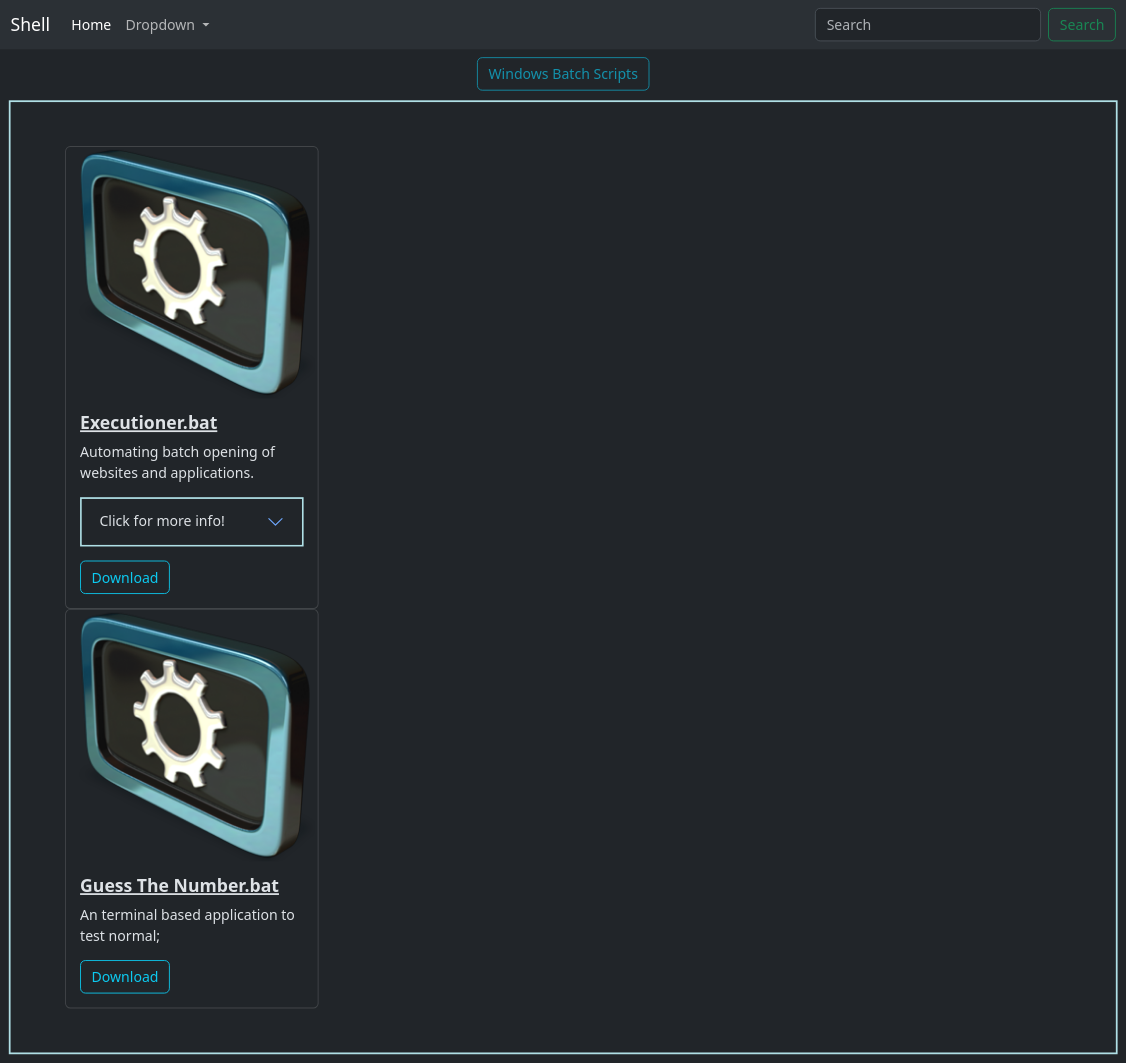
Repository: VictoriousMango/Archive
Page: index.html
The author's editor kept a copy of each file at every save. The page is drawn from the files as they stood at one save, then again after the next save.
The browser window is 1280 px wide. The pictures show the whole page, at 88% of full size.

Above is the page before, as saved 2024-10-05 19:51:37.

### index.html
<!doctype html>
<html lang="en">
    <head>
        <meta charset="utf-8">
        <meta name="viewport" content="width=device-width, initial-scale=1">
        <title>Bootstrap demo</title>
        <link href="https://cdn.jsdelivr.net/npm/bootstrap@5.3.3/dist/css/bootstrap.min.css" rel="stylesheet" integrity="sha384-QWTKZyjpPEjISv5WaRU9OFeRpok6YctnYmDr5pNlyT2bRjXh0JMhjY6hW+ALEwIH" crossorigin="anonymous">    </head>
    <body data-bs-theme="dark">
        <!-- NavBar -->
        <nav class="navbar navbar-expand-lg bg-body-tertiary ">
            <div class="container-fluid">
                <a href="#" class="navbar-brand" role="button" onclick="Toggling()">Shell</a>
              <button class="navbar-toggler" type="button" data-bs-toggle="collapse" data-bs-target="#navbarSupportedContent" aria-controls="navbarSupportedContent" aria-expanded="false" aria-label="Toggle navigation">
                <span class="navbar-toggler-icon"></span>
              </button>
                <div class="collapse navbar-collapse" id="navbarSupportedContent">
                    <ul class="navbar-nav me-auto mb-2 mb-lg-0">
                    <li class="nav-item">
                        <a class="nav-link active" href="https://victoriousmango.github.io/Portfolio/">Home</a>
                    </li>
                    <li class="nav-item dropdown">
                        <a class="nav-link dropdown-toggle" href="#" role="button" data-bs-toggle="dropdown" aria-expanded="false">
                        Dropdown
                        </a>
                        <ul class="dropdown-menu">
                        <li><a class="dropdown-item" href="#Batch">Windows Batch Scripts</a></li>
                        </ul>
                    </li>
                    </ul>
                    <form class="d-flex" role="search">
                        <input class="form-control me-2" type="search" placeholder="Search" aria-label="Search">
                        <button class="btn btn-outline-success" type="submit">Search</button>
                    </form>
                </div>
            </div>
        </nav>
        <!-- NavBar -->

        <!-- Windows Batch File -->
        <h1 style="text-align : center;" id="Batch"><button type="button" class="btn btn-outline-info" disabled>Windows Batch Scripts</button></h1>
        <div class="row" style="border: 2px solid powderblue; margin: 10px; padding: 50px;">
            <!-- First Card -->
            <div class="col">
                <div class="card" style="width: 18rem;">
                    <img src="Images\MS-DOS_Batch_File.png" class="card-img-top" alt="...">
                    <div class="card-body">
                        <h5 class="card-title"><b><u>Executioner.bat</u></b></h5>
                        <p class="card-text">
                            Automating batch opening of websites and applications.
                            <div class="accordion accordion-flush" id="accordionFlushExample">
                                <div class="accordion-item" style="border: 2px solid powderblue;">
                                  <h2 class="accordion-header">
                                    <button class="accordion-button collapsed" type="button" data-bs-toggle="collapse" data-bs-target="#flush-collapseOne" aria-expanded="false" aria-controls="flush-collapseOne">
                                      Click for more info!
                                    </button>
                                  </h2>
                                  <div id="flush-collapseOne" class="accordion-collapse collapse" data-bs-parent="#accordionFlushExample">
                                    <div class="accordion-body">
                                        <ul>
                                            <li>It will store different links in some sort of groups defined and structured by you.</li>
                                            <li>After creating groups, you can use this application to open multiple websites and applications in a batch simultaneously.</li>
                                            <li>This can be used as a productivity tool, for automating opening of few applications by entering just the name of group.</li>
                                        </ul>
                                    </div>
                                  </div>
                                </div>
                        </p>
                        <a href="Projects\Windows-Batch-file\Executioner.bat" class="btn btn-outline-info" download>Download</a>
                    </div>
                </div>
            </div>

            <!-- Second Card -->
            <div class="col">
                <div class="card" style="width: 18rem;">
                    <img src="Images\MS-DOS_Batch_File.png" class="card-img-top" alt="...">
                    <div class="card-body">
                        <h5 class="card-title"><b><u>Guess The Number.bat</u></b></h5>
                        <p class="card-text">
                            An terminal based application to test normal;
                        </p>
                        <a href="Projects\Windows-Batch-file\Guess The Number.bat" class="btn btn-outline-info" download>Download</a>
                    </div>
                </div>
            </div>
        </div>
        <!-- Windows Batch File -->

        <!-- Including JS -->
        <script src="https://cdn.jsdelivr.net/npm/bootstrap@5.3.3/dist/js/bootstrap.bundle.min.js" integrity="sha384-YvpcrYf0tY3lHB60NNkmXc5s9fDVZLESaAA55NDzOxhy9GkcIdslK1eN7N6jIeHz" crossorigin="anonymous"></script>
        <!-- JS for the web page -->
        <script>
            function Toggling() {
                console.log("Clicked the toggle button")
                console.log()
                var element = document.body;
                element.dataset.bsTheme = element.dataset.bsTheme=="light"?"dark":"light"
            }
        </script>
    </body>
</html>

After the next save:
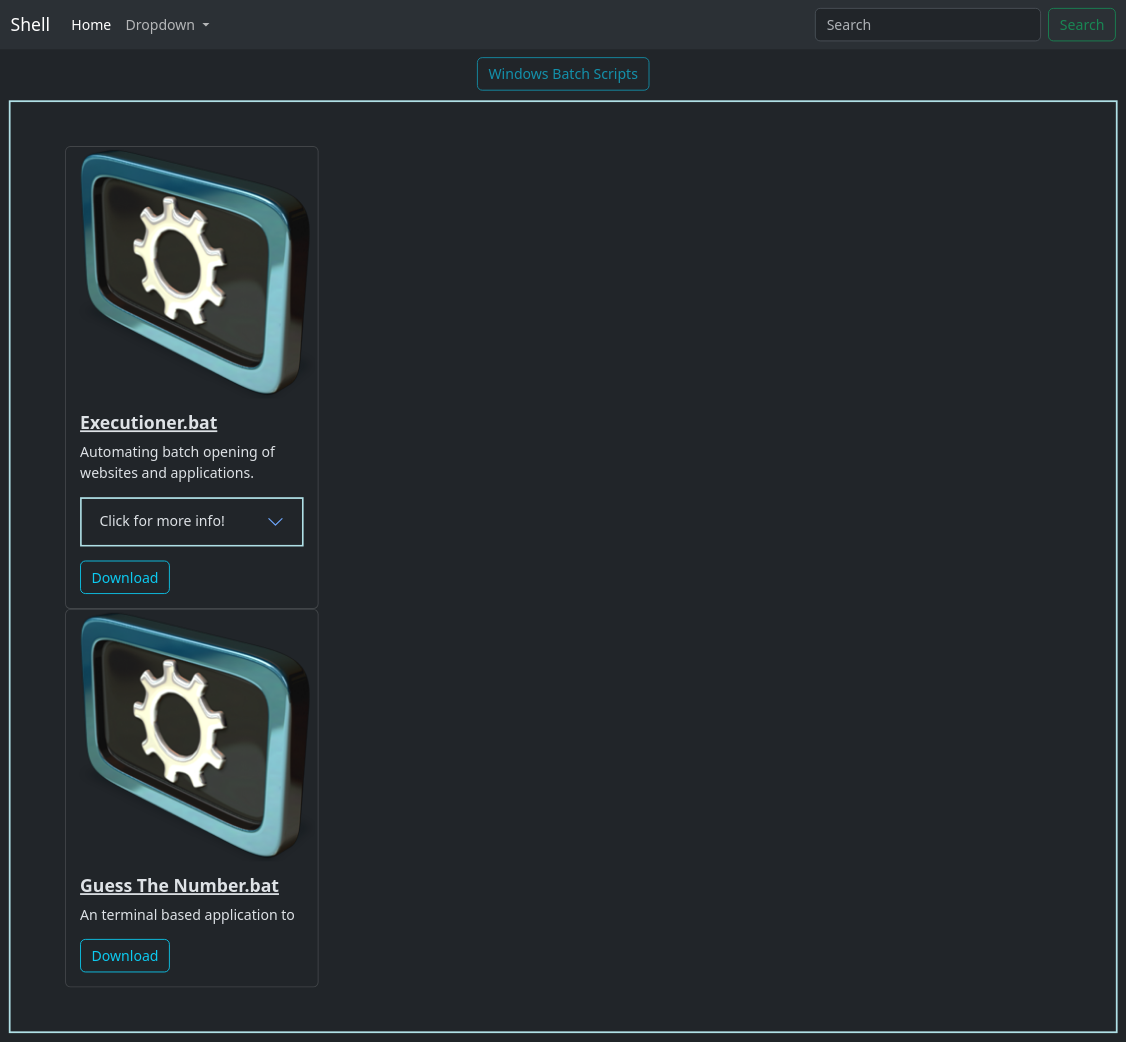
Saved 36 s later.
--- a/index.html
+++ b/index.html
@@ -77,7 +77,7 @@
                     <div class="card-body">
                         <h5 class="card-title"><b><u>Guess The Number.bat</u></b></h5>
                         <p class="card-text">
-                            An terminal based application to test normal;
+                            An terminal based application to
                         </p>
                         <a href="Projects\Windows-Batch-file\Guess The Number.bat" class="btn btn-outline-info" download>Download</a>
                     </div>
